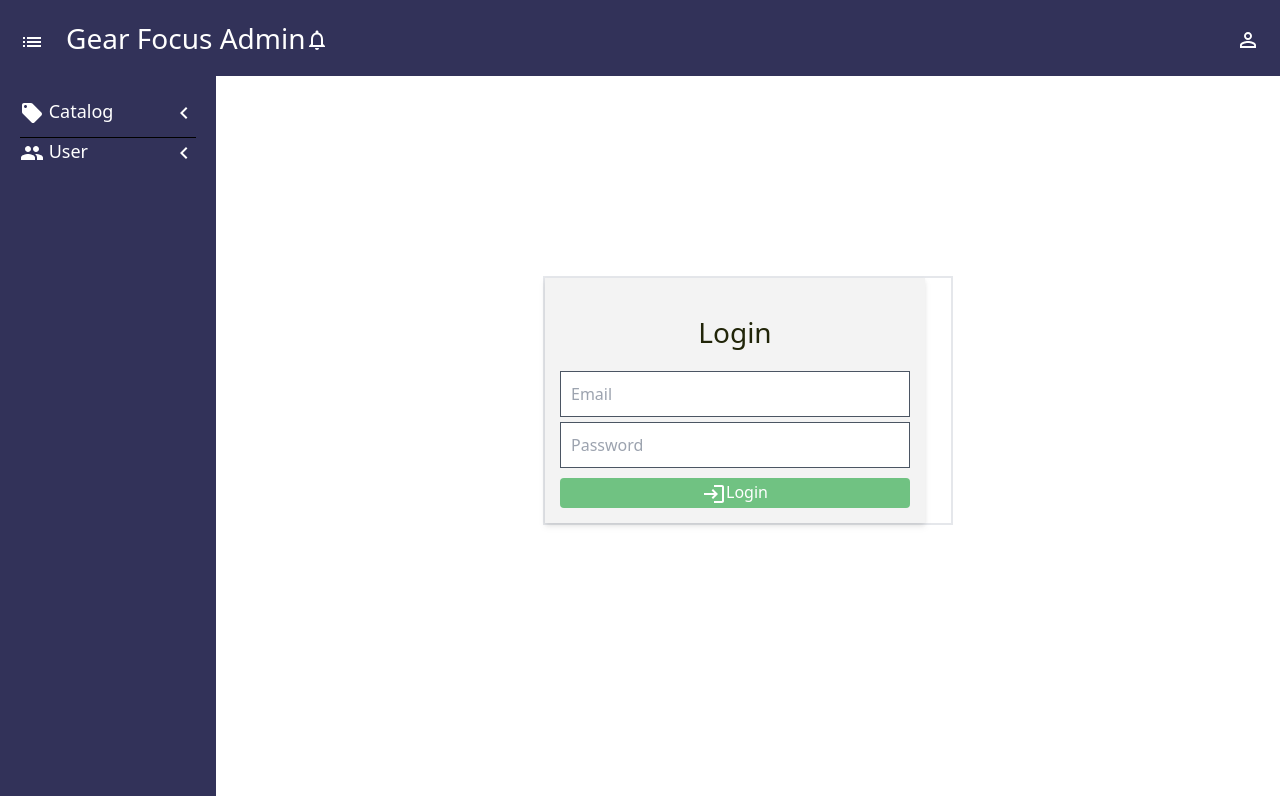
Repository: Kiendz3202/projectFinalPGS
Page: /
These files come from the project's save history. The page is drawn as it stood at one moment and after the next save; the edit follows.
The browser window is 1280 px wide. The pictures show the whole page.
The project was rebuilt for these pictures with package versions that can differ from the ones it lists, and the page was loaded fresh each time. Also part of the build but not shown: src/App.css, src/pages/HomePage.tsx, src/ProtectedRoute.tsx.

Above is the page before, as saved 2022-03-07 23:17:38.

After the next save:
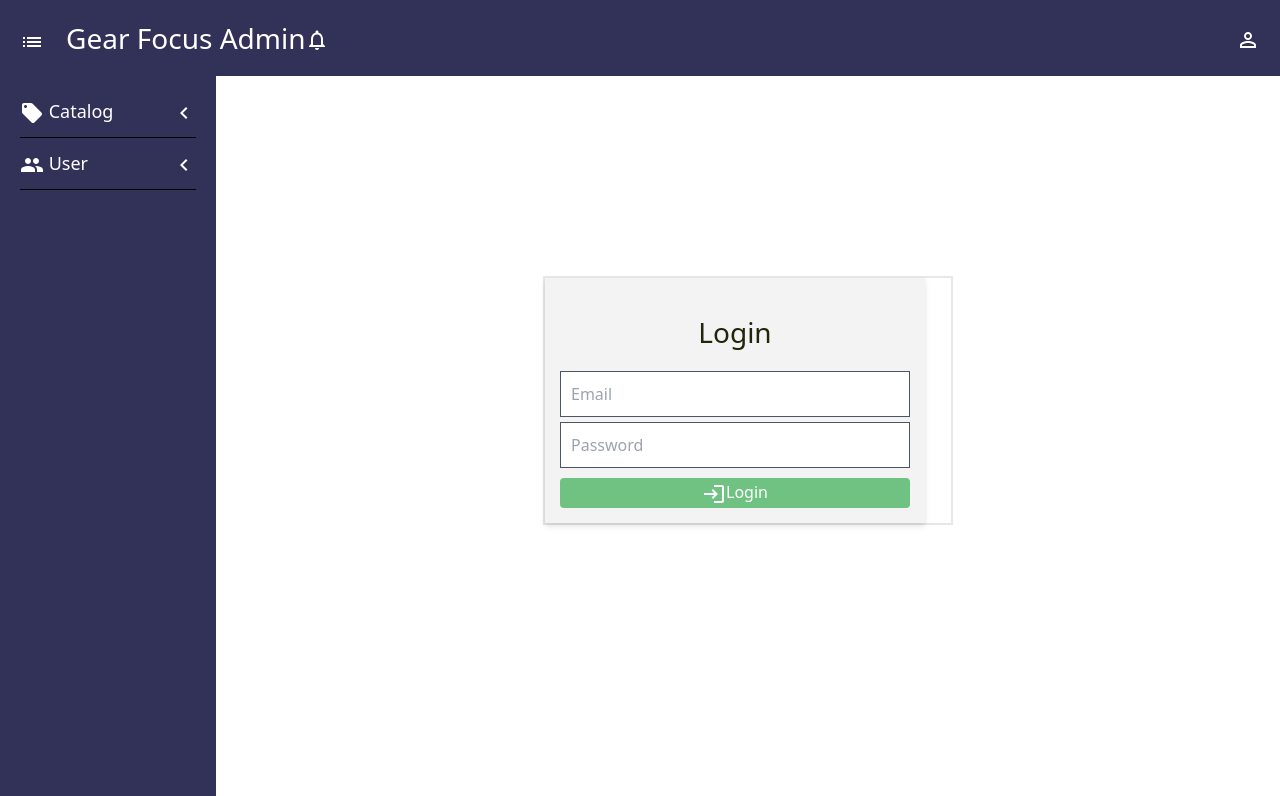
Saved 14 s later.
--- a/src/components/navbar/Navbar.tsx
+++ b/src/components/navbar/Navbar.tsx
@@ -11,7 +11,7 @@ function Navbar() {
                 <li><LocalOfferIcon className=' text-xs' /> Catalog</li>
                 <li><ChevronLeftIcon /></li>
             </div>
-            <div className='flex justify-between text-[18px]'>
+            <div className='flex justify-between text-[18px] border-b-[1px] py-[12px] border-black'>
                 <li><GroupIcon /> User</li>
                 <li><ChevronLeftIcon /></li>
             </div>
